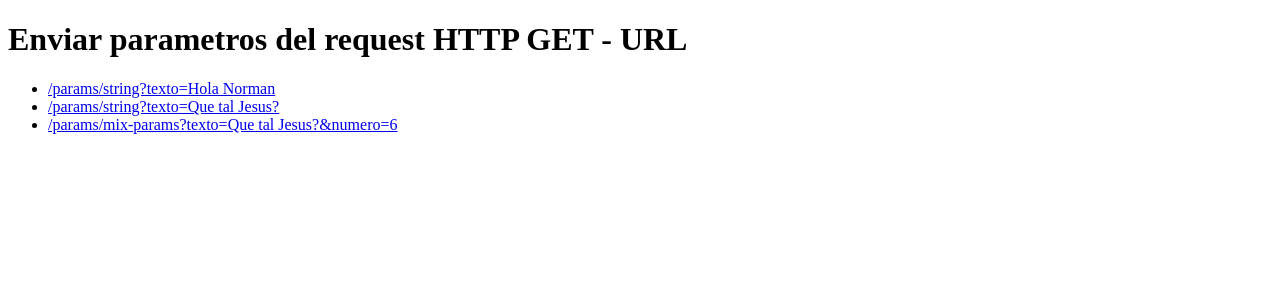
Repository: Norman-Cordova/SpringBootGuzman
Page: http://localhost/params/index
The author's editor kept a copy of each file at every save. The page is drawn from the files as they stood at one save, then again after the next save.
The browser window is 1280 px wide. The pictures show the whole page.
The page is this project's Thymeleaf template; nobody is signed in. The template is opened directly, without the code that normally fills it, so the values that code supplies are empty.

Above is the page before, as saved 2023-03-11 20:45:41.

### spring-boot-web/src/main/resources/templates/params/index.html
<!DOCTYPE html>
<html xmlns:th="http://www.thymeleaf.org">
<head>
<meta charset="UTF-8" />
<title>Enviar parametros del request HTTP GET - URL</title>
</head>
<body>
	<h1>Enviar parametros del request HTTP GET - URL</h1>
	<ul>
		<li><a th:href="@{/params/string(texto='Hola Norman')}">/params/string?texto=Hola
				Norman</a></li>
		<li><a th:href="@{/params/string(texto='Que tal Jesus?')}">/params/string?texto=Que
				tal Jesus?</a></li>
		<li><a th:href="@{/params/mix-params(saludo='Como estas Jesus?',numero=6)}">/params/mix-params?texto=Que
				tal Jesus?&numero=6</a></li>
	</ul>
</body>
</html>

After the next save:
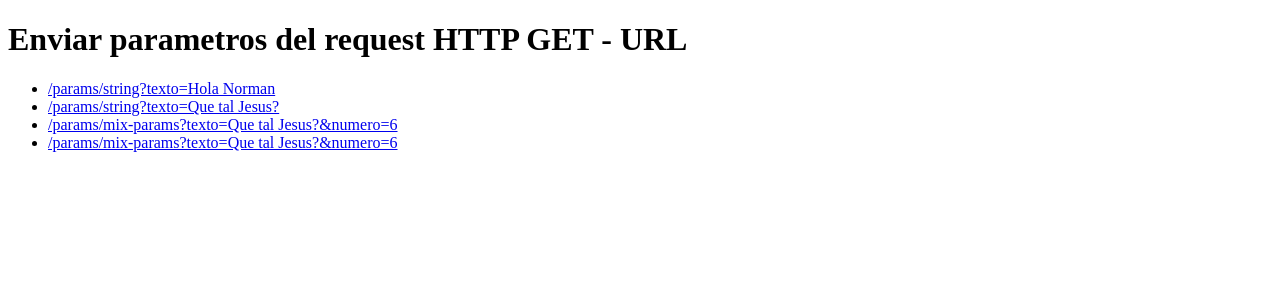
Saved 15 s later.
--- a/spring-boot-web/src/main/resources/templates/params/index.html
+++ b/spring-boot-web/src/main/resources/templates/params/index.html
@@ -13,6 +13,8 @@
 				tal Jesus?</a></li>
 		<li><a th:href="@{/params/mix-params(saludo='Como estas Jesus?',numero=6)}">/params/mix-params?texto=Que
 				tal Jesus?&numero=6</a></li>
+		<li><a th:href="@{/params/mix-params-request(saludo='Como estas Jesus?',numero=6)}">/params/mix-params?texto=Que
+				tal Jesus?&numero=6</a></li>
 	</ul>
 </body>
 </html>
